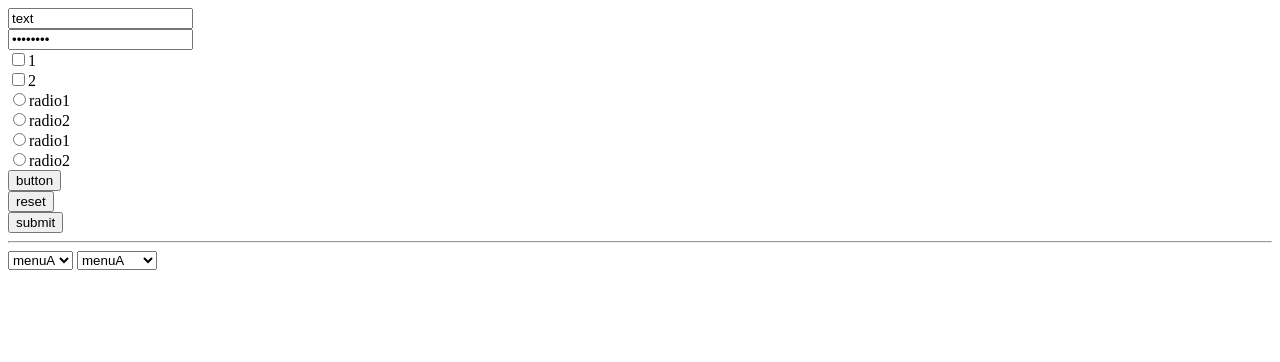
Repository: LucestDail/WebEclipse-Workspace
Page: htmlProject/WebContent/htmlEx10.html
The author's editor kept a copy of each file at every save. The page is drawn from the files as they stood at one save, then again after the next save.
The browser window is 1280 px wide. The pictures show the whole page.

Above is the page before, as saved 2020-11-06 02:54:45.

After the next save:
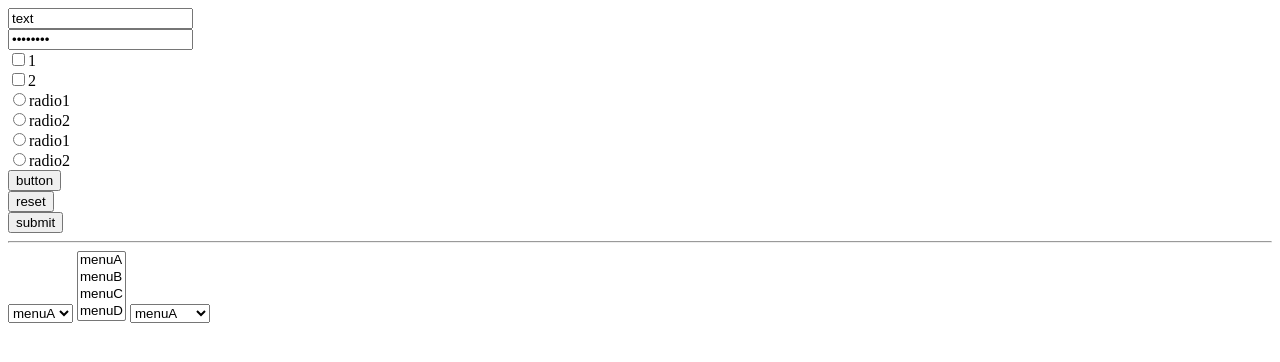
Saved 54 s later.
--- a/htmlProject/WebContent/htmlEx10.html
+++ b/htmlProject/WebContent/htmlEx10.html
@@ -23,8 +23,14 @@
 <option> menuC</option>
 <option> menuD</option>
 </select>
-<select name = "menu2a">
-<optgroup label = "menu2">
+<select name = "menu1a" multiple="multiple">
+<option> menuA</option>
+<option> menuB</option>
+<option> menuC</option>
+<option> menuD</option>
+</select>
+<select name = "menu1b">
+<optgroup label = "menu1ba">
 <option> menuA</option>
 <option> menuB</option>
 <option> menuC</option>
